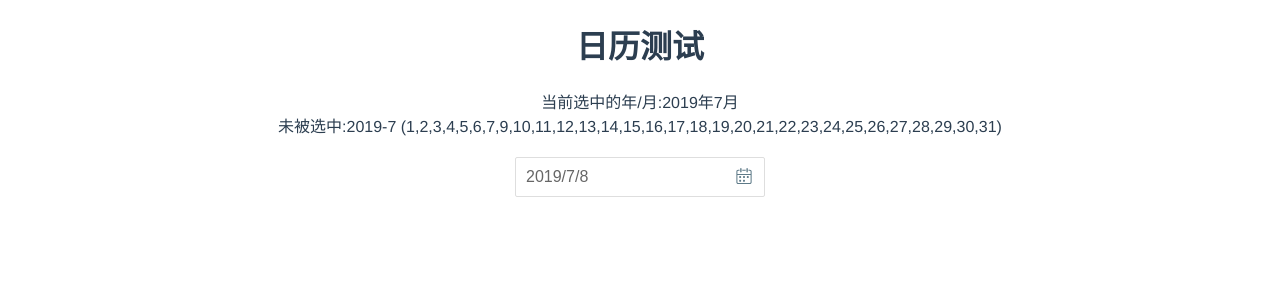
Repository: nyy-2017/vue-calendar
Page: /
These files come from the project's save history. The page is drawn as it stood at one moment and after the next save; the edit follows.
The browser window is 1280 px wide. The pictures show the whole page.
The project was rebuilt for these pictures with package versions that can differ from the ones it lists, and the page was loaded fresh each time. Also part of the build but not shown: src/components/calendar/calendar.js, src/components/calendar/calendar.vue.

Above is the page before, as saved 2019-07-10 13:06:05.

After the next save:
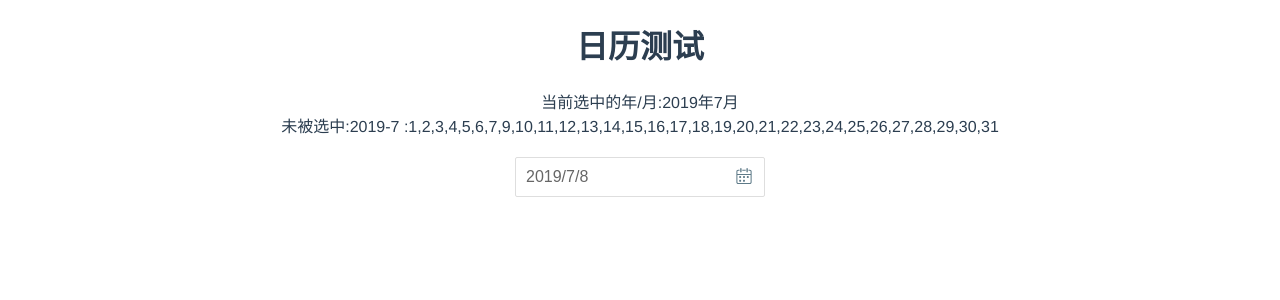
Saved 3 min 29 s later.
--- a/src/components/HelloWorld.vue
+++ b/src/components/HelloWorld.vue
@@ -117,7 +117,7 @@ export default {
                 let unSelect = [];
                 reverse.map(v => unSelect.push(v[2]))
                 // 当前年月未被选中日期
-                this.unSelectDays = reverse[0][0] + '-' + reverse[0][1]+' (' + unSelect.join(',') + ')';
+                this.unSelectDays = reverse[0][0] + '-' + reverse[0][1]+' :' + unSelect.join(',') + '';
                 //当前年月
                 this.curYearMonths = reverse[0][0] + '年' + reverse[0][1] + '月';
                 console.log(' this.unSelectDays', this.unSelectDays)
